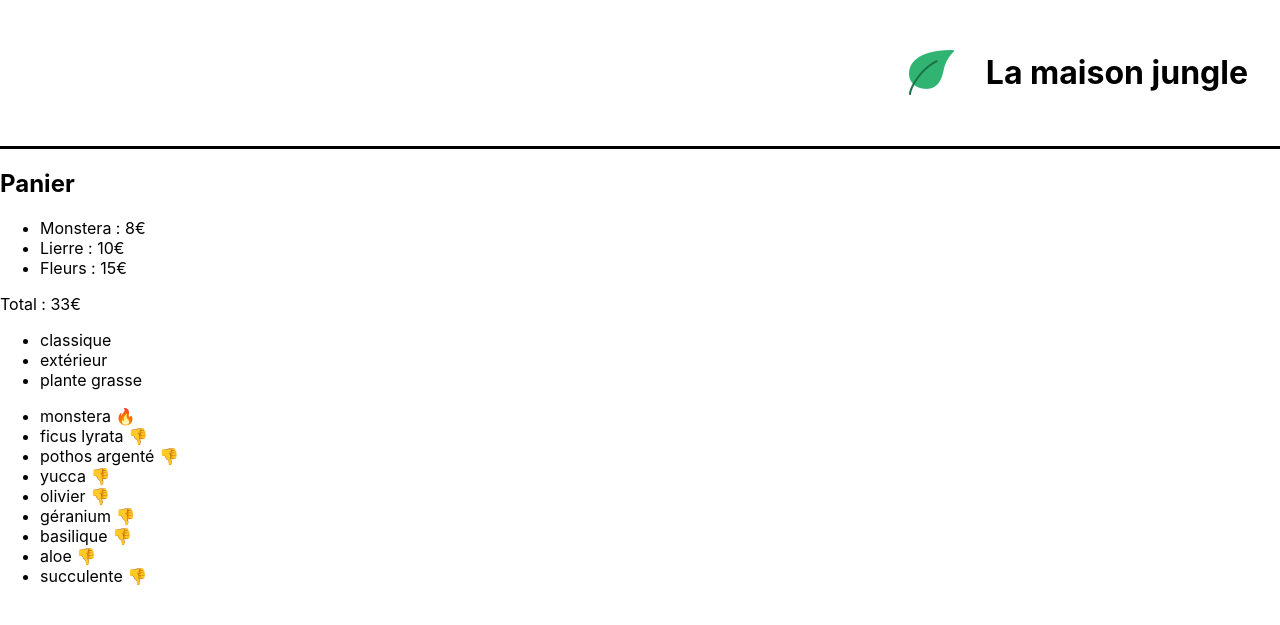
Repository: massndongo/la-maison-junglee
Page: /
These files come from the project's save history. The page is drawn as it stood at one moment and after a run of saves; the edit follows.
The browser window is 1280 px wide. The pictures show the whole page.
The project was rebuilt for these pictures with package versions that can differ from the ones it lists, and the page was loaded fresh each time.

Above is the page before, as saved 2023-03-23 16:54:36.

### src/components/App.js
import Banner from './Banner'
import Cart from './Cart'
import ShoppingList from './ShoppingList'

function App() {
    return <div><Banner /><Cart /><ShoppingList /></div>
}

export default App

### src/components/Banner.js
import logo from '../assets/logo.png'
import '../styles/Banner.css'

function Banner() {
    const title = 'La maison jungle'
    return (
        <div className='lmj-banner'>
            <img src={logo} alt='La maison jungle' className='lmj-logo' />
            <h1 className='lmj-title'>{title}</h1>
        </div>
    )
}

export default Banner

### src/components/Cart.js
function Cart() {
    const monsteraPrice = 8
    const ivyPrice = 10
    const flowerPrice = 15
    return (<div>
        <h2>Panier</h2>
        <ul>
        <li>Monstera : {monsteraPrice}€</li>
         <li>Lierre : {ivyPrice}€</li>
         <li>Fleurs : {flowerPrice}€</li>
        </ul>
          Total : {monsteraPrice + ivyPrice + flowerPrice }€
          </div>)
    }

export default Cart

### src/components/ShoppingList.js
import { plantList } from '../datas/plantList'

function ShoppingList() {
	const categories = plantList.reduce(
		(acc, plant) =>
			acc.includes(plant.category) ? acc : acc.concat(plant.category),
		[]
	)

	return (
		<div>
			<ul>
				{categories.map((cat) => (
					<li key={cat}>{cat}</li>
				))}
			</ul>
			<ul>
				{plantList.map((plant) => (
					<li key={plant.id}>{plant.name} {plant.isBestSale ? <span>🔥</span> : <span>👎</span>}</li>
				))}
			</ul>
		</div>
	)
}

export default ShoppingList

### src/datas/plantList.js
export const plantList = [
	{
		name: 'monstera',
		category: 'classique',
		id: '1ed',
		isBestSale: true
	},
	{
		name: 'ficus lyrata',
		category: 'classique',
		id: '2ab'
	},
	{
		name: 'pothos argenté',
		category: 'classique',
		id: '3sd'
	},
	{
		name: 'yucca',
		category: 'classique',
		id: '4kk'
	},
	{
		name: 'olivier',
		category: 'extérieur',
		id: '5pl'
	},
	{
		name: 'géranium',
		category: 'extérieur',
		id: '6uo'
	},
	{
		name: 'basilique',
		category: 'extérieur',
		id: '7ie'
	},
	{
		name: 'aloe',
		category: 'plante grasse',
		id: '8fp'
	},
	{
		name: 'succulente',
		category: 'plante grasse',
		id: '9vn'
	}
]

Loaded but not shown: public/index.html (common file); src/index.js (common file); src/styles/index.css (common file); src/reportWebVitals.js (common file); src/styles/Banner.css (common file)

After the next 2 saves:
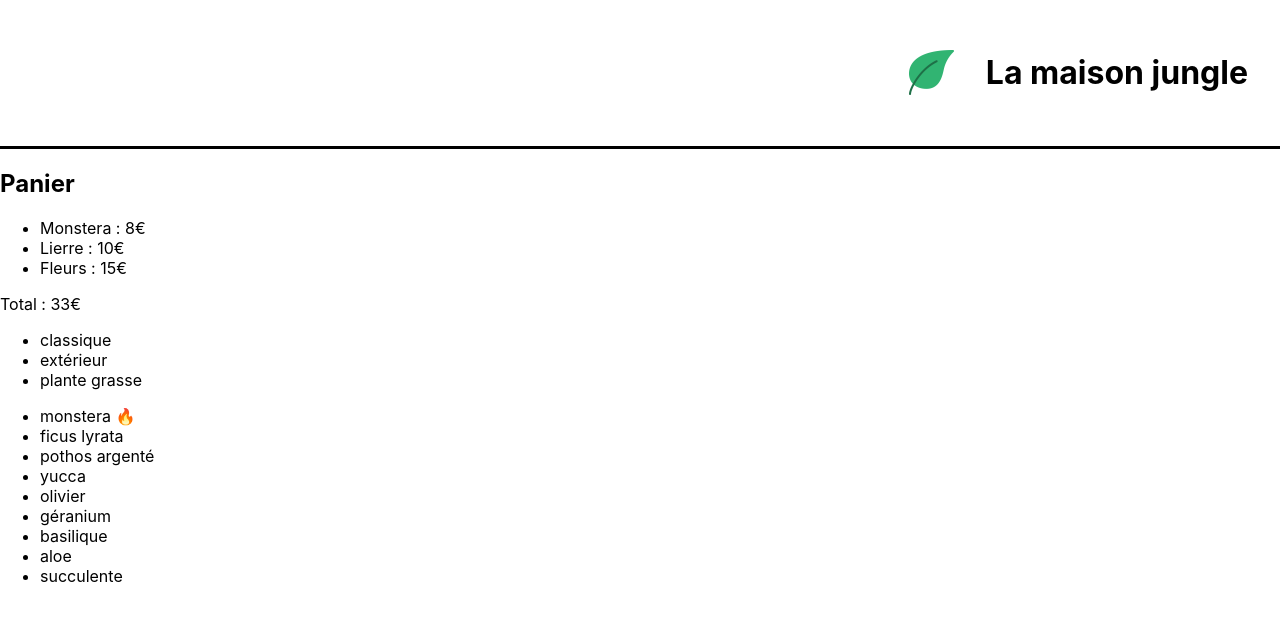
The 2 saves are shown as one change because they came seconds apart.
The last was saved 15 s later.
--- a/src/components/ShoppingList.js
+++ b/src/components/ShoppingList.js
@@ -16,7 +16,7 @@ function ShoppingList() {
 			</ul>
 			<ul>
 				{plantList.map((plant) => (
-					<li key={plant.id}>{plant.name} {plant.isBestSale ? <span>🔥</span> : <span>👎</span>}</li>
+					<li key={plant.id}>{plant.name} {plant.isBestSale ? <span>🔥</span> : null}</li>
 				))}
 			</ul>
 		</div>
